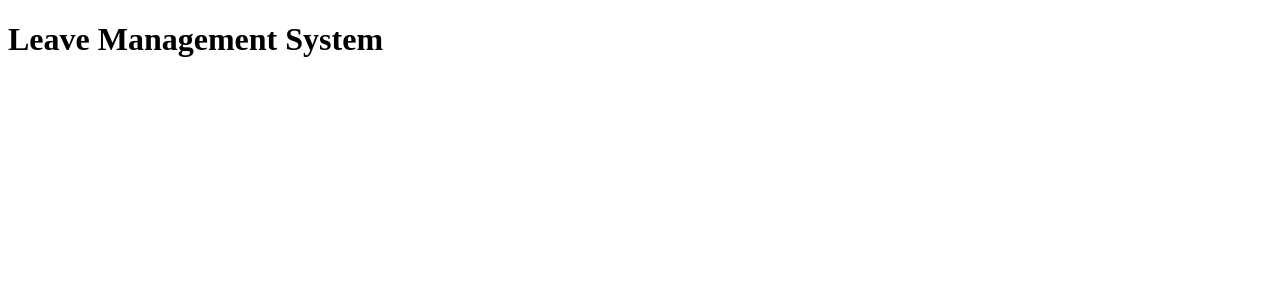
Repository: rkmr039/EMS_PROJECT
Page: EMS/WebContent/index.html
An editor plug-in stored every save of this project. The page is shown before and after the next save, followed by the edit.
The browser window is 1280 px wide. The pictures show the whole page.

Above is the page before, as saved 2019-08-26 12:03:59.

After the next save:
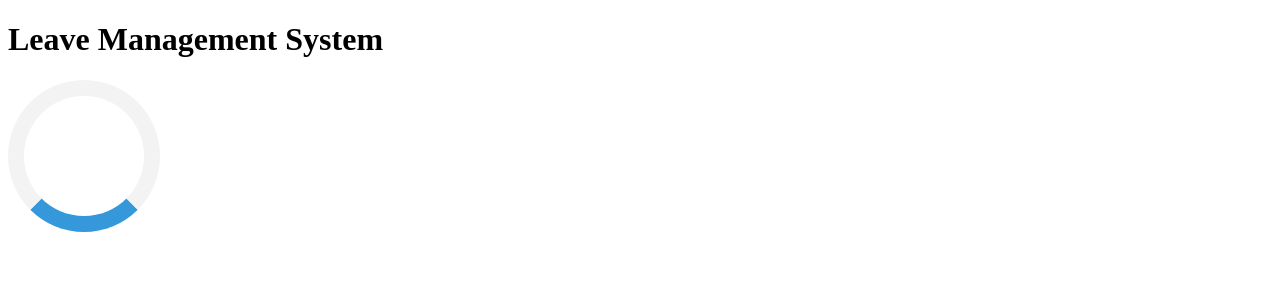
Saved 33 s later.
--- a/EMS/WebContent/index.html
+++ b/EMS/WebContent/index.html
@@ -2,6 +2,7 @@
 <html>
 <head>
 <meta charset="ISO-8859-1">
+<link rel="stylesheet" type="text/css" href="css/loader.css"/>
 <meta name="viewport" content="width=device-width, initial-scale=1">
 <title>Welcome | EMS </title>
 </head>
